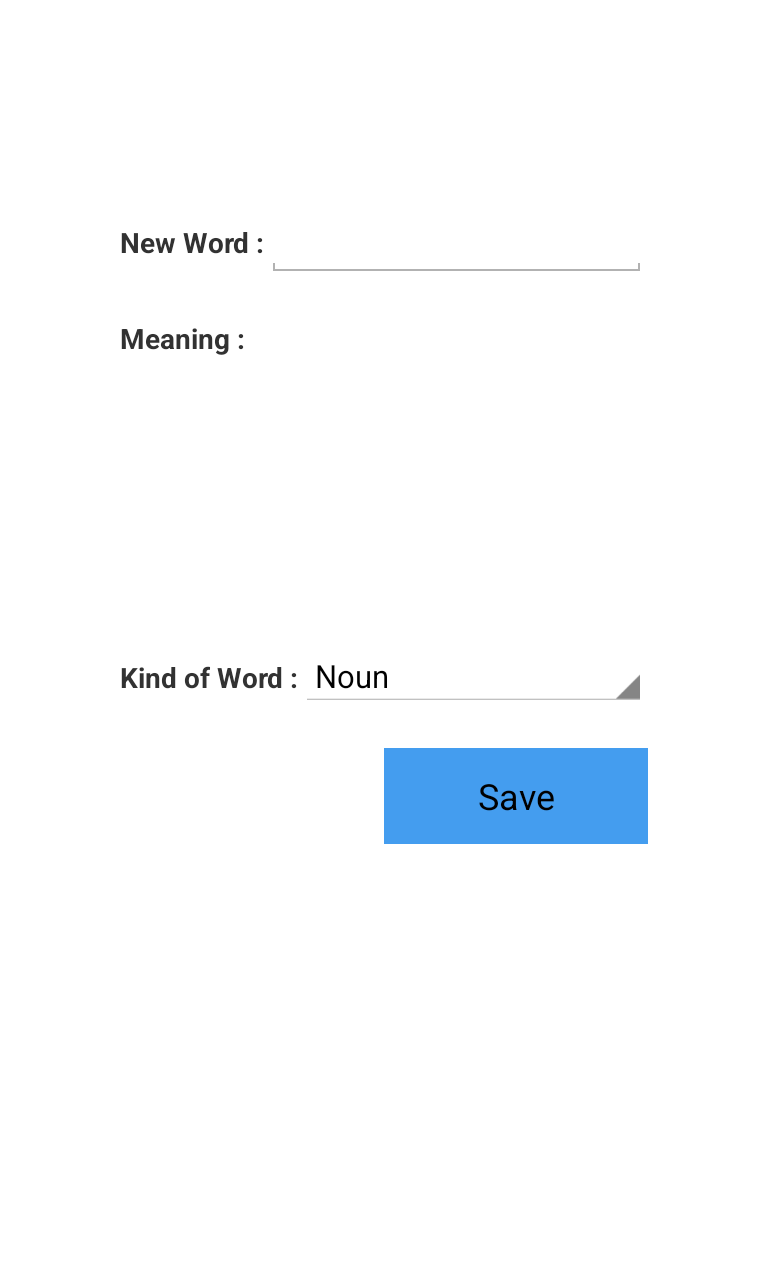
Repository: karno123/AndroidWordReminder
Layout: WordRemainder/res/layout/add_word_layout.xml
An editor plug-in stored every save of this project. The layout is shown before and after the next save, followed by the edit.
It is drawn on a 768 x 1280 px phone screen (xhdpi) without system bars, with theme AppTheme; the app's code is not run.

Above is the layout before, as saved 2014-07-06 08:14:13.

After the next save:
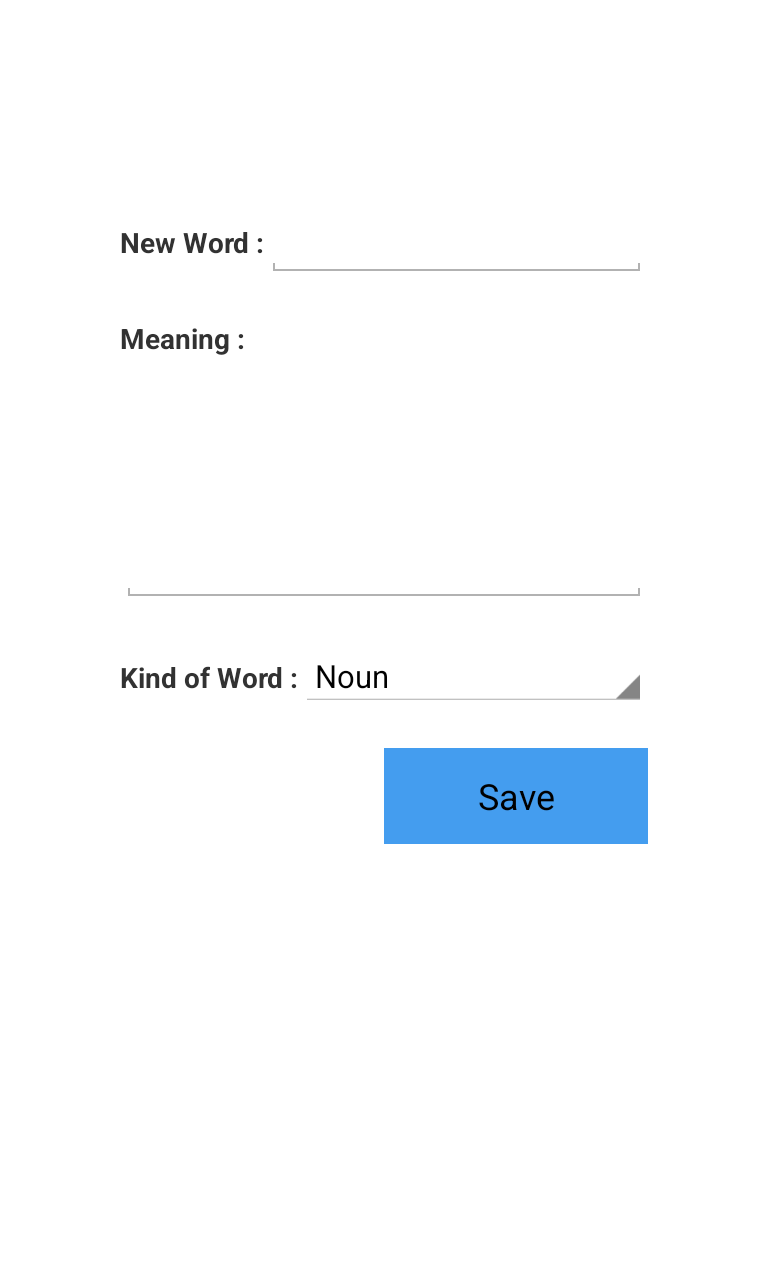
Saved 6 s later.
--- a/WordRemainder/res/layout/add_word_layout.xml
+++ b/WordRemainder/res/layout/add_word_layout.xml
@@ -46,8 +46,7 @@
         <EditText
             android:id="@+id/input_text_meaning"
             android:layout_height="wrap_content"
-            android:layout_width="fill"
-            android:layout_weight="0.95"
+            android:layout_width="fill_parent"
             android:gravity="top"
             android:inputType="textMultiLine"
             android:lines="5"
